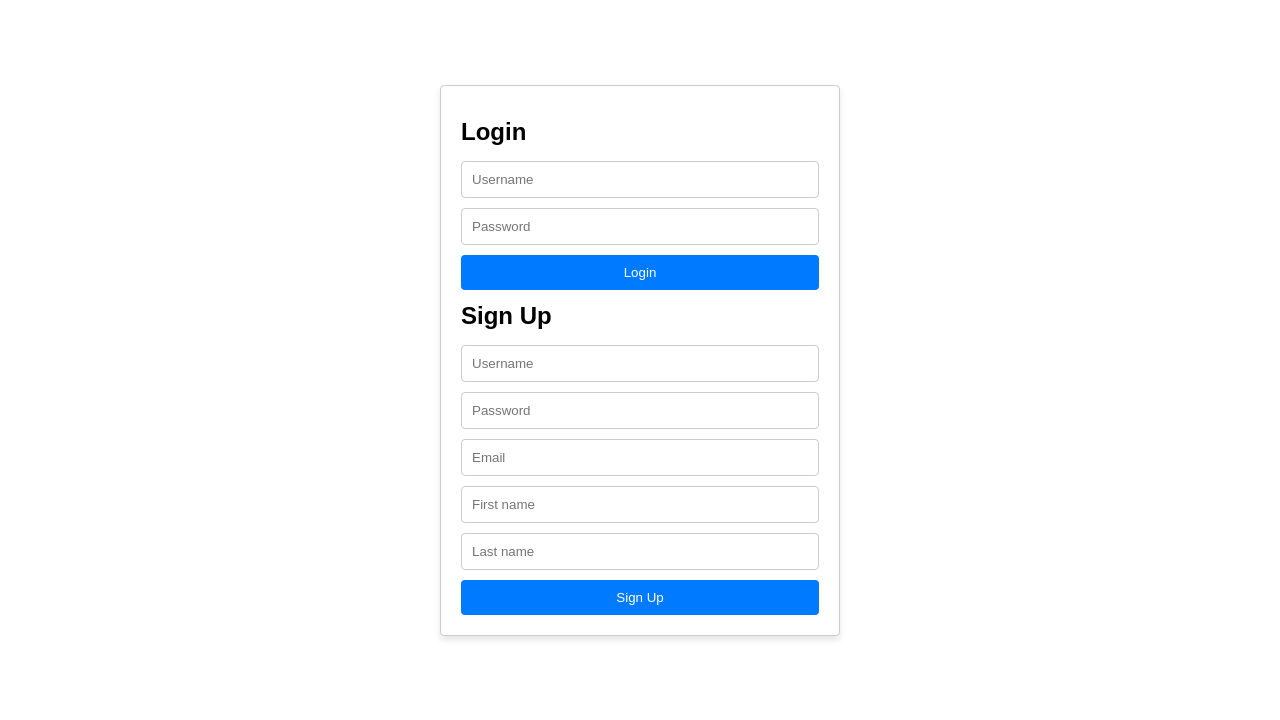
Repository: elqueben/message
Page: / (app in message-app/)
An editor plug-in stored every save of this project. The page is shown before and after the next save, followed by the edit.
The browser window is 1280 px wide. The pictures show the whole page.
The project was rebuilt for these pictures with package versions that can differ from the ones it lists, and the page was loaded fresh each time. Also part of the build but not shown: message-app/vite.config.js.

Above is the page before, as saved 2023-05-08 15:41:21.

### message-app/src/style.css
* {
  font-family: Arial;
  box-sizing: border-box;
}

body {
  margin: 0;
}

.login-page {
  width: 100vw;
  height: 100vh;
  display: flex;
  justify-content: center;
  align-items: center;
  background: linear-gradient(
    45deg,
    rgba(117, 84, 160, 1),
    rgba(, 148, 207, 1),
    rgba(12, 148, 207, 1)
  );
  background-size: 200% 200%;
  animation: flowBackground 5s ease-in-out infinite;
}

@keyframes flowBackground {
  0% {
    background-position: bottom left;
  }
  50% {
    background-position: top right;
  }
  100% {
    background-position: bottom left;
  }
}


.card {
  width: 400px;
  padding: 20px;
  border: 1px solid #ccc;
  border-radius: 4px;
  background-color: #fff;
  box-shadow: 0 4px 6px rgba(0, 0, 0, 0.1);
}

.title {
  font-size: 24px;
  font-weight: bold;
  margin-top: 0.75rem;
  margin-bottom: 15px;
}

input {
  width: 100%;
  padding: 10px;
  margin-bottom: 10px;
  border: 1px solid #ccc;
  border-radius: 4px;
  transition: border-color 0.2s ease-in-out;
}

input:focus {
  outline: none;
  border-color: #007bff;
}

button {
  width: 100%;
  padding: 10px;
  background-color: #007bff;
  color: #fff;
  border: none;
  border-radius: 4px;
  cursor: pointer;
  transition: background-color 0.2s ease-in-out;
}

button:hover {
  background-color: #0056b3;
}

### message-app/src/App.vue
<script setup>
import AuthPage from "./AuthPage/index.vue";
//import ChatsPage from "./ChatsPage/index.vue";
</script>

<template>
  <AuthPage v-if="!user" @onAuth="handleAuth" />
  <ChatsPage
    v-else
    v-bind:username="user.username"
    v-bind:secret="user.secret"
  />
</template>

<script>
export default {
  data() {
    return {
      user: undefined,
    };
  },
  methods: {
    handleAuth(user) {
      this.user = user;
    },
  },
};
</script>

### message-app/src/AuthPage/index.vue
<template>
    <div class="login-page">
      <div class="card">
        <form @submit.prevent="login">
          <div class="title">Login</div>
          <input placeholder="Username" type="text" v-model="username" />
          <input placeholder="Password" type="password" v-model="password" />
          <button type="submit">Login</button>
        </form>

        <form @submit.prevent="signup">
          <div class="title">Sign Up</div>
          <input
            class="input"
            placeholder="Username"
            type="text"
            v-model="username"
          />
          <input placeholder="Password" type="password" v-model="password" />
          <input placeholder="Email" type="text" v-model="email" />
          <input placeholder="First name" type="text" v-model="first_name" />
          <input placeholder="Last name" type="text" v-model="last_name" />
          <button type="submit">Sign Up</button>
        </form>
      </div>
    </div>
  </template>

  <script>
  // import { loginRest, signupRest } from "./api";

  export default {
    data() {
      return {
        username: "",
        password: "",
        email: "",
        first_name: "",
        last_name: "",
      };
    },
    methods: {
      login() {
        // loginRest(this.username, this.password)
        //   .then((response) =>
        //     this.$emit("onAuth", { ...response.data, secret: this.password })
        //   )
        //   .catch((error) => console.log("Login error", error));
      },
      signup() {
        // signupRest(
        //   this.username,
        //   this.password,
        //   this.email,
        //   this.first_name,
        //   this.last_name
        // )
        //   .then((response) =>
        //     this.$emit("onAuth", { ...response.data, secret: this.password })
        //   )
        //   .catch((error) => console.log("Sign up error", error));
      },
    },
  };
  </script>

Loaded but not shown: message-app/index.html (common file); message-app/src/main.js (common file)

After the next save:
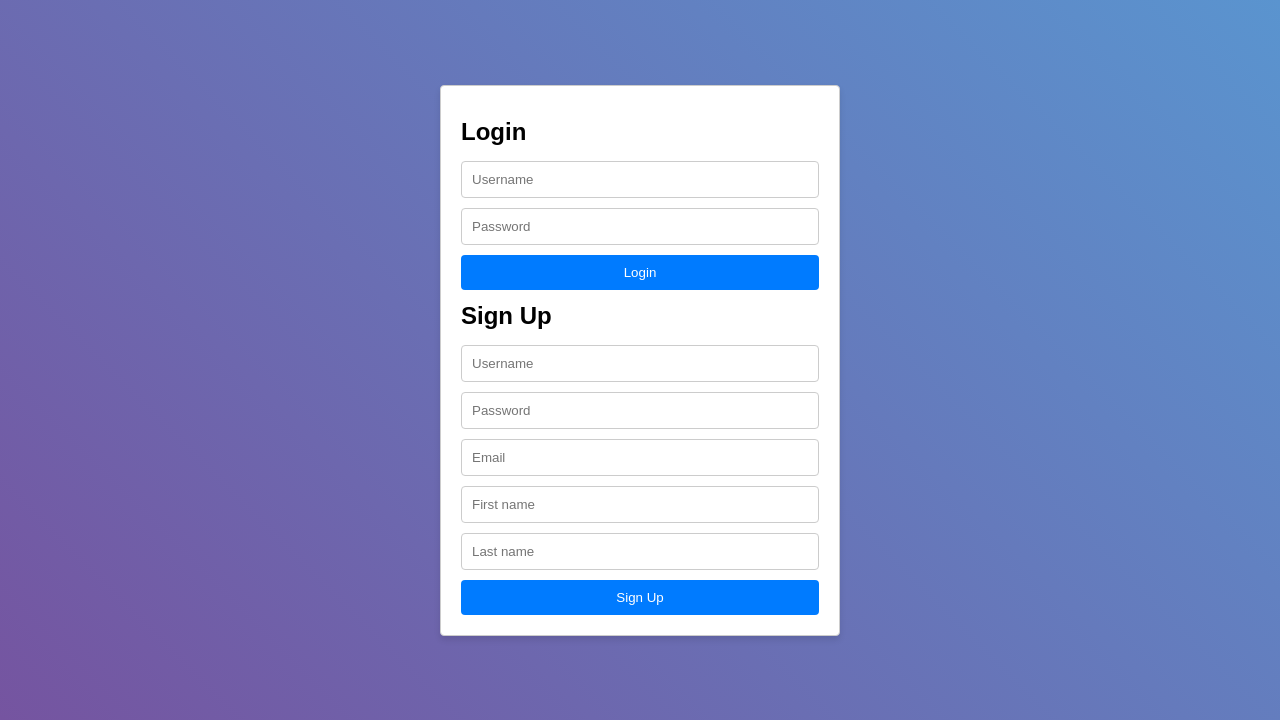
Saved 5 s later.
--- a/message-app/src/style.css
+++ b/message-app/src/style.css
@@ -16,7 +16,7 @@ body {
   background: linear-gradient(
     45deg,
     rgba(117, 84, 160, 1),
-    rgba(, 148, 207, 1),
+    rgba(90, 148, 207, 1),
     rgba(12, 148, 207, 1)
   );
   background-size: 200% 200%;
